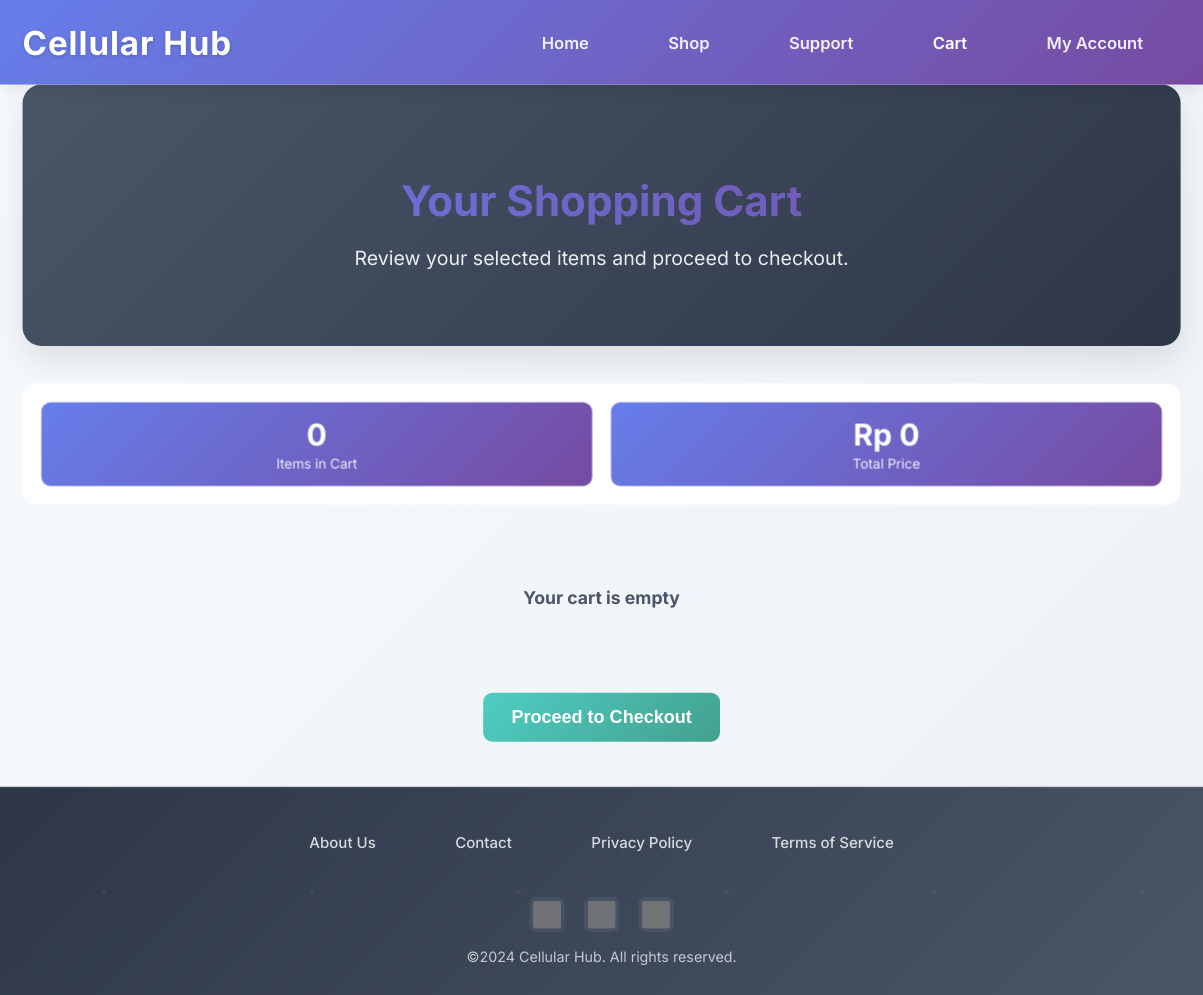
Repository: adrptrp/TP-2_kerja-sama
Page: cart.html
The author's editor kept a copy of each file at every save. The page is drawn from the files as they stood at one save, then again after the next save.
The browser window is 1280 px wide. The pictures show the whole page, at 94% of full size.
Pictures or frames that could not be fetched are drawn as grey boxes.

Above is the page before, as saved 2025-06-28 17:55:01.

After the next save:
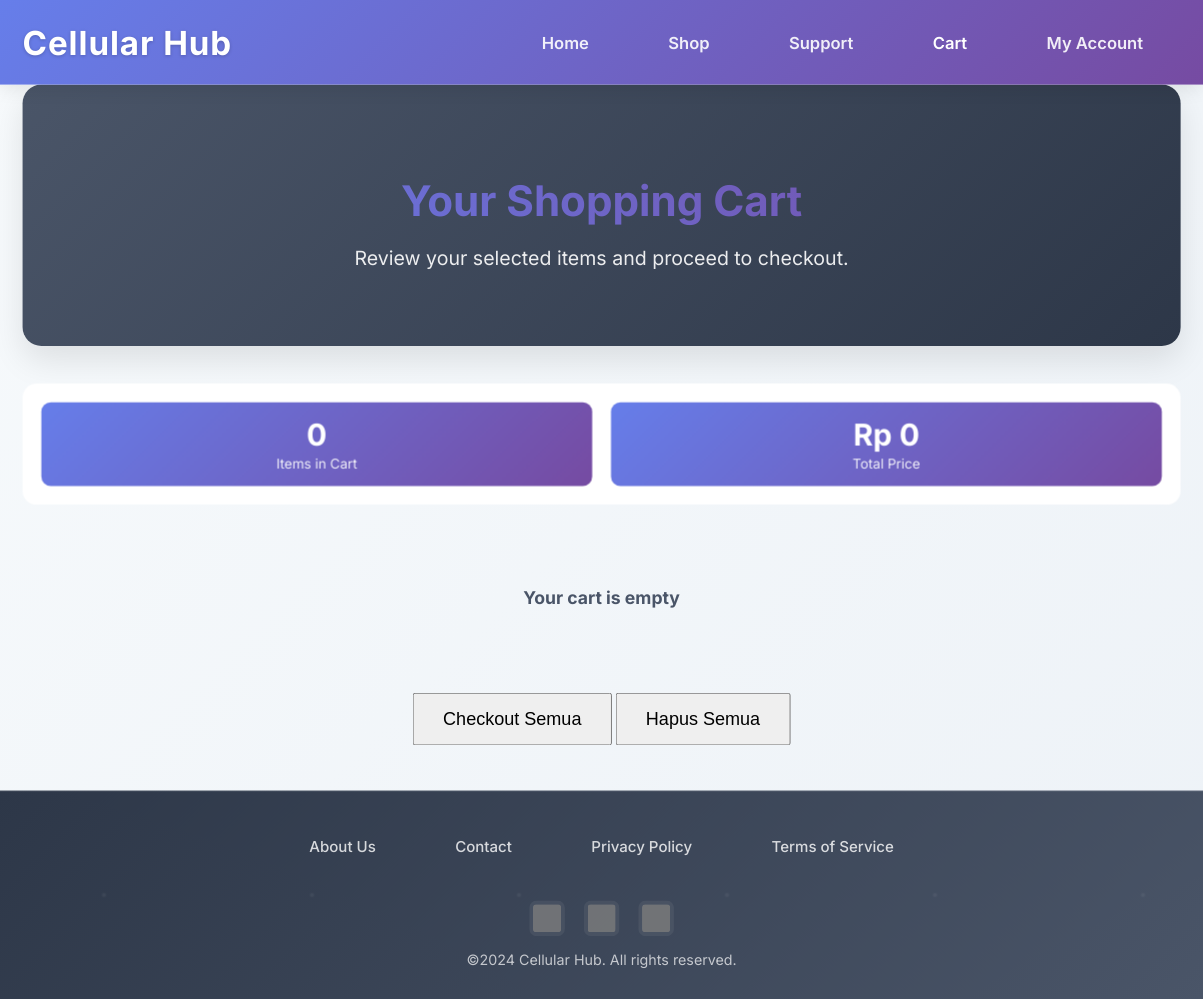
Saved 6 min 5 s later.
--- a/cart.html
+++ b/cart.html
@@ -45,7 +45,8 @@
             <!-- Cart items will be dynamically loaded here -->
         </div>
         <div style="text-align: center; margin-top: 30px;">
-            <button onclick="proceedToCheckout()" style="background: linear-gradient(135deg, #4ecdc4, #44a08d); color: white; border: none; padding: 15px 30px; border-radius: 10px; cursor: pointer; font-size: 1.2rem; font-weight: 600; transition: all 0.3s ease;">Proceed to Checkout</button>
+            <button onclick="proceedToCheckout()" class="primary-btn" style="padding: 15px 30px; font-size: 1.2rem;">Checkout Semua</button>
+            <button onclick="removeAllFromCart()" class="delete-btn" style="padding: 15px 30px; font-size: 1.2rem;">Hapus Semua</button>
         </div>
     </div>
 
@@ -171,6 +172,15 @@
             window.location.href = 'checkout.html';
         }
     }
+
+    // Function to remove all items from cart
+    function removeAllFromCart() {
+        if (confirm('Apakah Anda yakin ingin menghapus semua item dari keranjang?')) {
+            localStorage.removeItem('cart');
+            renderCartItems();
+            alert('Semua item telah dihapus dari keranjang.');
+        }
+    }
     </script>
 </body>
 </html>
